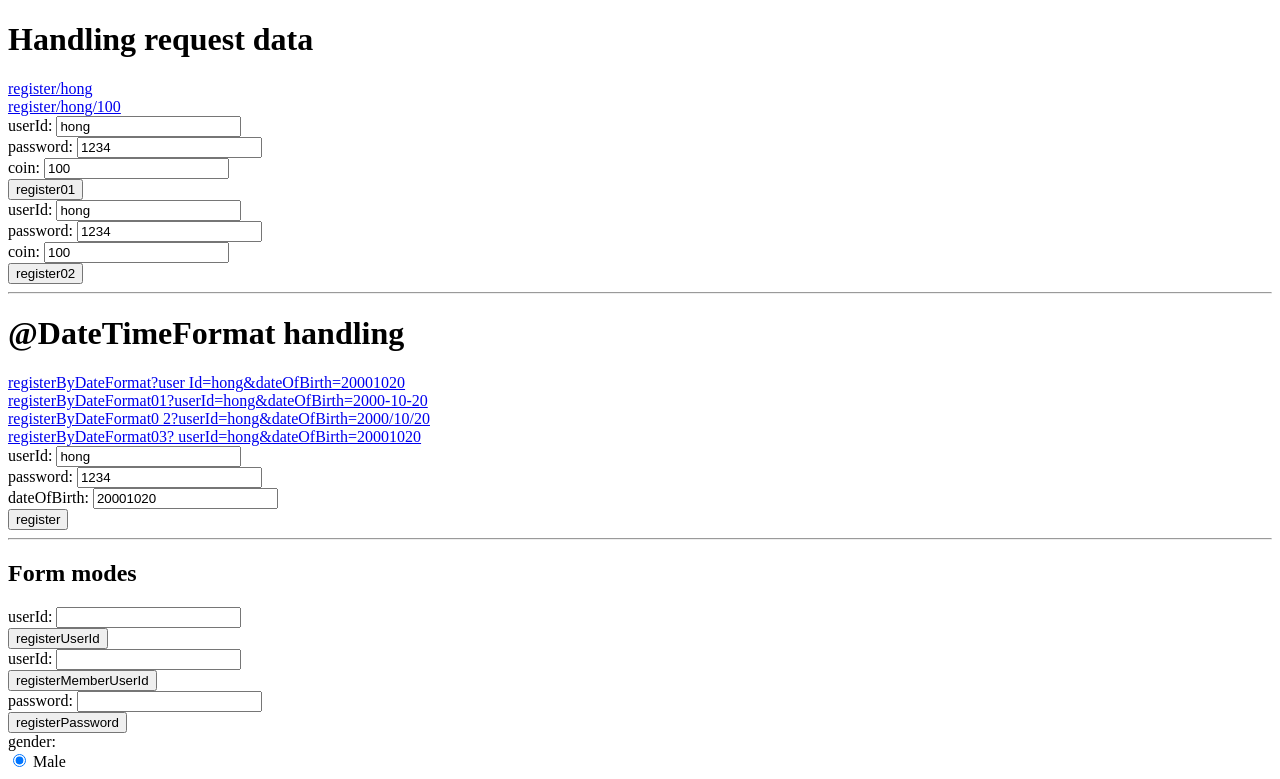
Repository: tomaters/more-springboot
Page: http://localhost/DevProject/WEB-INF/views/register.jsp
An editor plug-in stored every save of this project. The page is shown before and after the next save, followed by the edit.
The browser window is 1280 px wide. The pictures show the whole page.
The page is served by Tomcat 9. Nobody is signed in. The template is opened directly, without the code that normally fills it, so the values that code supplies are empty.

Above is the page before, as saved 2023-12-29 04:05:47.

After the next save:
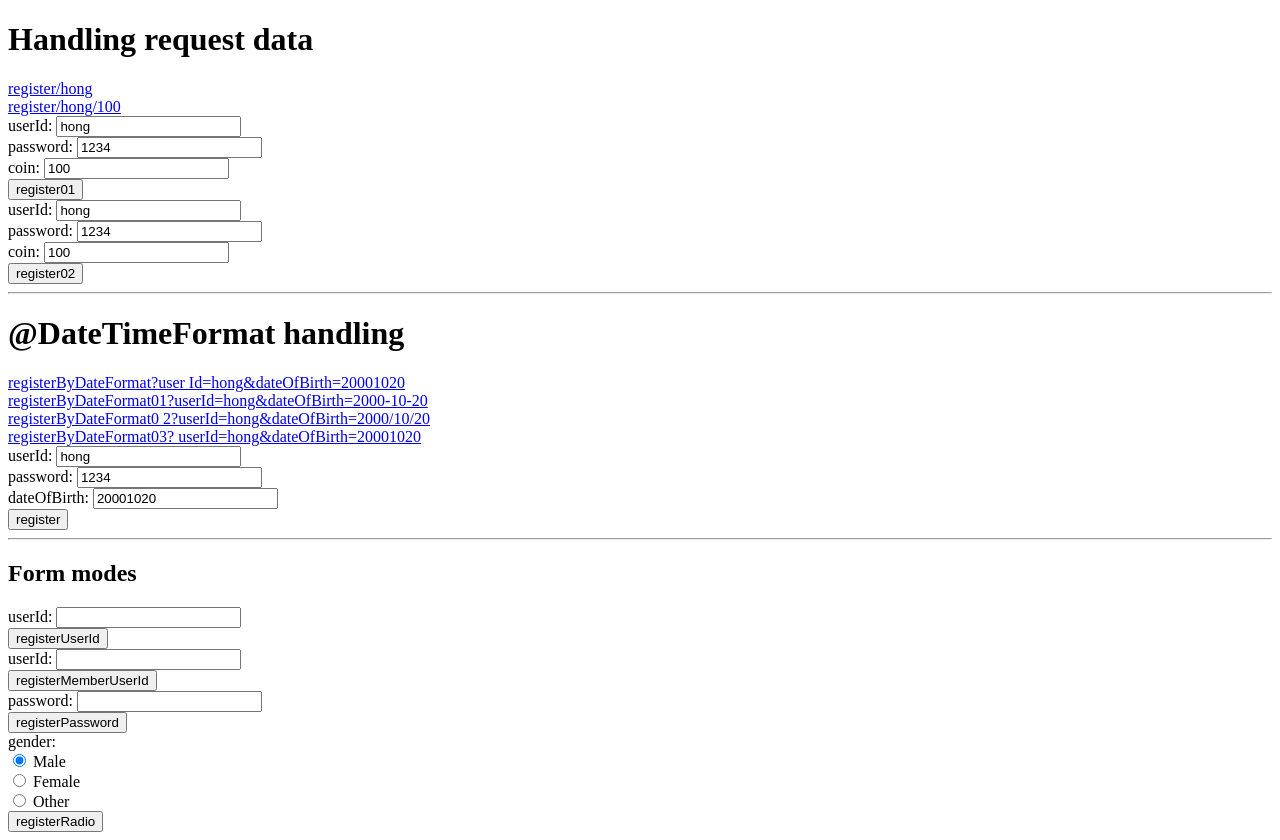
Saved 20 s later.
--- a/DevProject/src/main/webapp/WEB-INF/views/register.jsp
+++ b/DevProject/src/main/webapp/WEB-INF/views/register.jsp
@@ -60,6 +60,9 @@
 	</form>
 	<form action="/registerRadio" method="post">
 		gender: <br> <input type="radio" name="gender" value="male"
-			checked> Male<br>
+			checked> Male<br> <input type="radio" name="gender"
+			value="female"> Female<br> <input type="radio"
+			name="gender" value="other"> Other<br> <input
+			type="submit" value="registerRadio">
 </body>
 </html>
